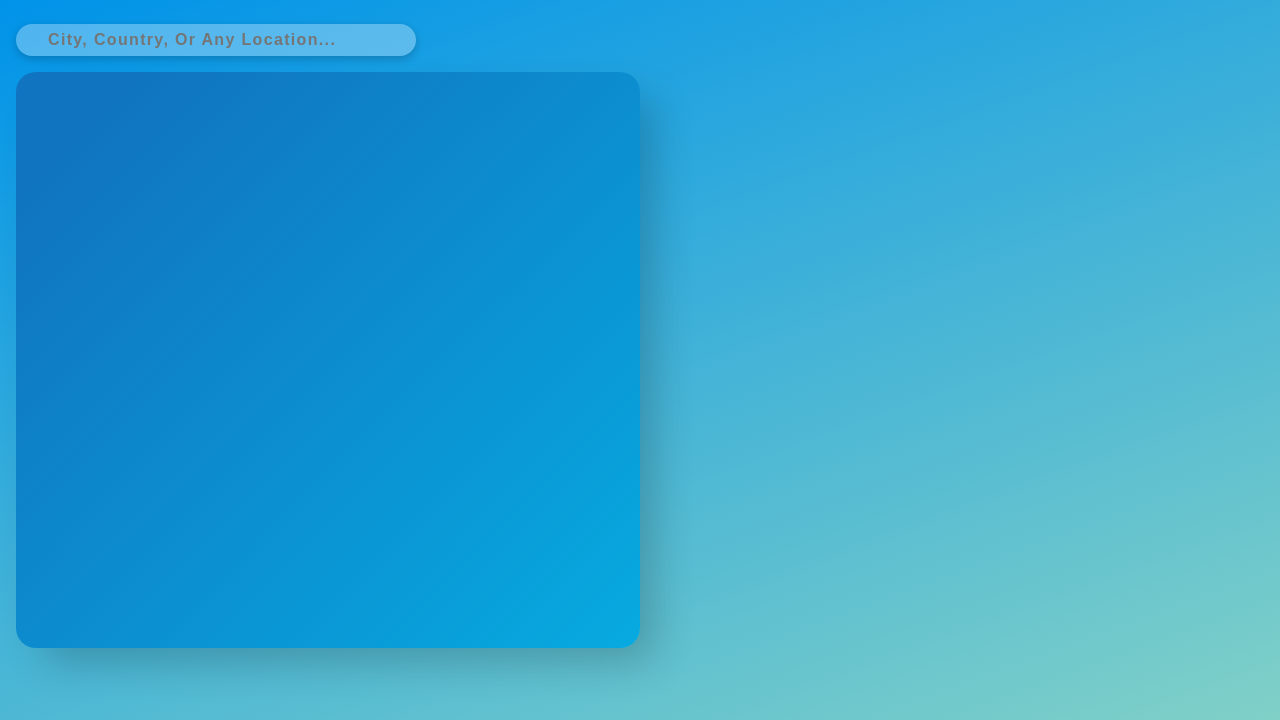
Repository: Haydenleung/weather-app-2024
Page: /
These files come from the project's save history. The page is drawn as it stood at one moment and after the next save; the edit follows.
The browser window is 1280 px wide. The pictures show the whole page.
The project was rebuilt for these pictures with package versions that can differ from the ones it lists, and the page was loaded fresh each time. The framework's server and built-in components were replaced by stand-ins that run in the browser. Also part of the build but not shown: next.config.mjs.

Above is the page before, as saved 2024-02-09 09:27:17.

After the next save:
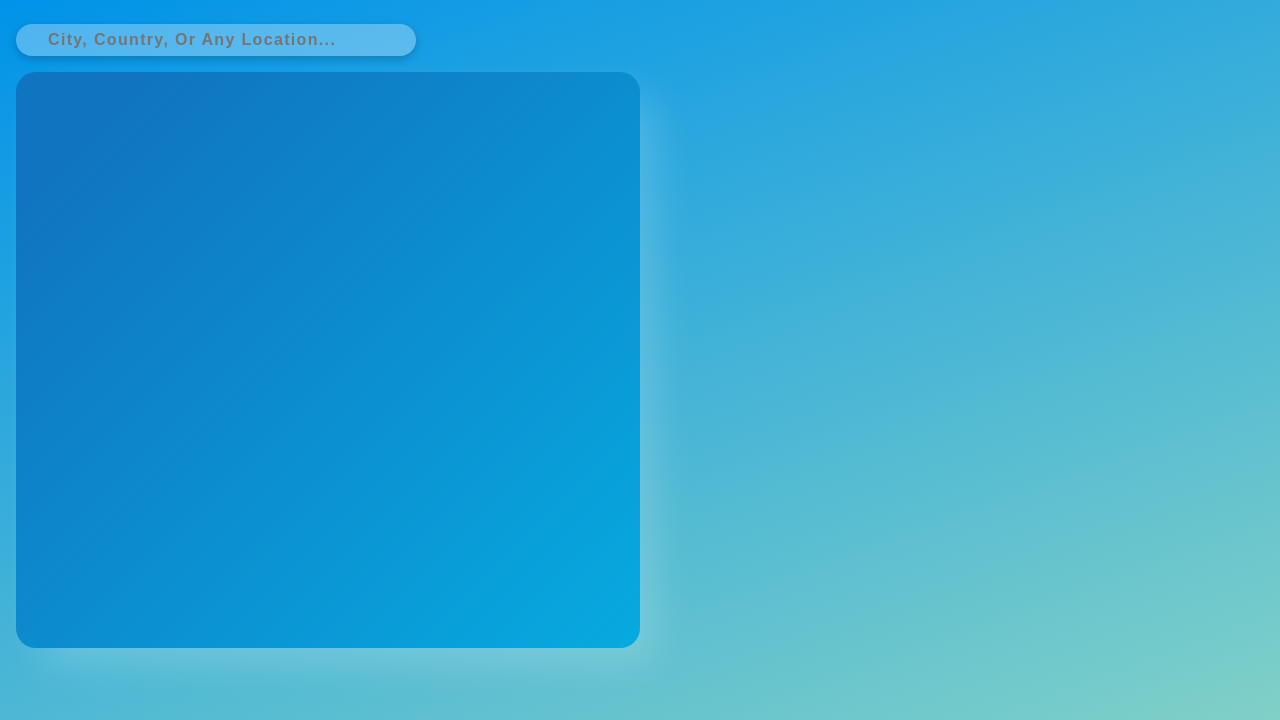
Saved 6 s later.
--- a/src/styles/globals.css
+++ b/src/styles/globals.css
@@ -72,7 +72,7 @@
   /* border-left: 1px solid rgba(255, 255, 255, 0.3); */
   /* border-top: 1px solid rgba(255, 255, 255, 0.3); */
   backdrop-filter: blur(10px);
-  box-shadow: 20px 20px 40px -6px rgba(0, 0, 0, 0.2);
+  box-shadow: 20px 20px 40px -6px rgba(255, 255, 255, 0.2);
   text-align: center;
   position: relative;
   transition: all 0.2s ease-in-out;
